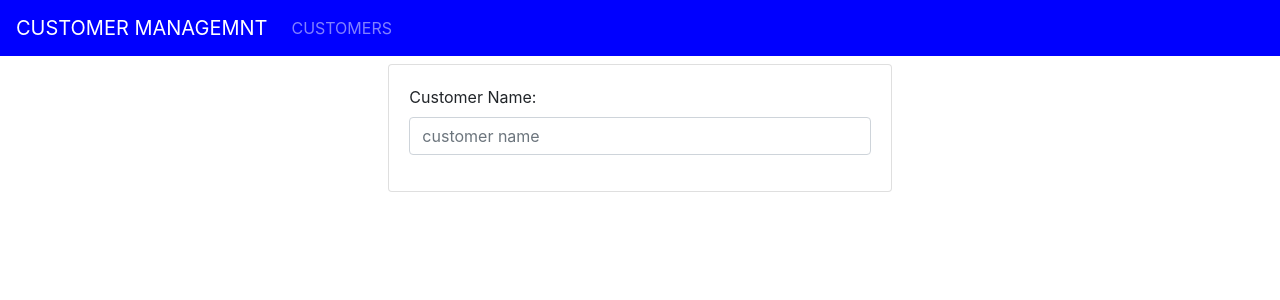
Repository: shruti-2522/webdirekt-assignment
Page: http://localhost/Customer-Project/customer-form.jsp
An editor plug-in stored every save of this project. The page is shown before and after the next save, followed by the edit.
The browser window is 1280 px wide. The pictures show the whole page.
The page is served by Tomcat 9. Other server files are loaded and not shown.

Above is the page before, as saved 2021-07-05 10:34:05.

### Customer-Project/src/main/webapp/customer-form.jsp
<%@ page language="java" contentType="text/html; charset=ISO-8859-1"
	pageEncoding="ISO-8859-1"%>
<!DOCTYPE html>
<html>
<head>
<meta charset="ISO-8859-1">
<title>Add Customer</title>
<link rel="stylesheet"
	href="https://cdn.jsdelivr.net/npm/bootstrap@4.5.3/dist/css/bootstrap.min.css"
	integrity="sha384-TX8t27EcRE3e/ihU7zmQxVncDAy5uIKz4rEkgIXeMed4M0jlfIDPvg6uqKI2xXr2"
	crossorigin="anonymous">
</head>
<body>

	<header>
		<nav class="navbar navbar-expand-md navbar-dark"
			style="background-color: blue">
			<div>
				<a class="navbar-brand">CUSTOMER MANAGEMNT</a>
			</div>

			<ul class="navbar-nav">
				<li><a href="<%=request.getContextPath()%>/list"
					class="nav-link">CUSTOMERS</a></li>
			</ul>
		</nav>


	</header>

	<div class="container col-md-5 mt-2">
		<div class="card">
			<div class="card-body">

				<fieldset class="form-group">
					<label>Customer Name:</label> <input type="text"
						class="form-control" placeholder="customer name" required>
						</fieldset>

			</div>

		</div>
	</div>




</body>
</html>

After the next save:
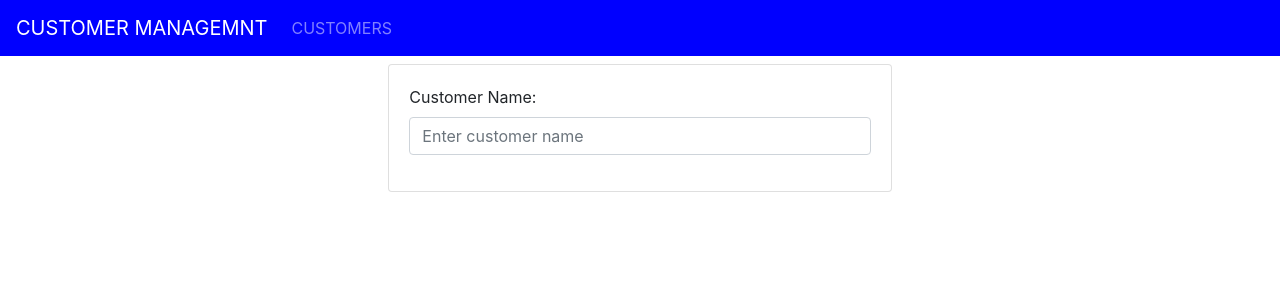
Saved 11 s later.
--- a/Customer-Project/src/main/webapp/customer-form.jsp
+++ b/Customer-Project/src/main/webapp/customer-form.jsp
@@ -34,7 +34,7 @@
 
 				<fieldset class="form-group">
 					<label>Customer Name:</label> <input type="text"
-						class="form-control" placeholder="customer name" required>
+						class="form-control" placeholder="Enter customer name" required>
 						</fieldset>
 
 			</div>
